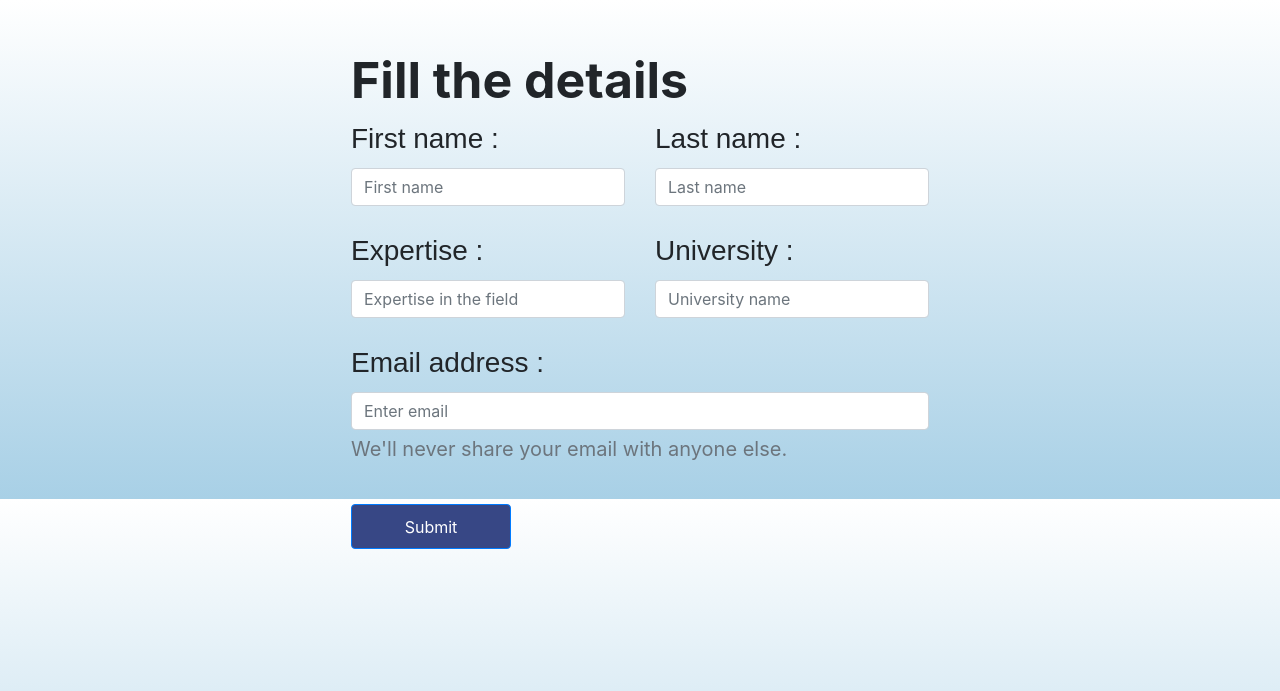
Repository: Sanskriti002/collaborate
Page: form.html
The author's editor kept a copy of each file at every save. The page is drawn from the files as they stood at one save, then again after a run of saves.
The browser window is 1280 px wide. The pictures show the whole page.

Above is the page before, as saved 2023-09-21 21:53:33.

### form.html
<!DOCTYPE html>
<html lang="en">
<head>
    <meta charset="UTF-8">
    <meta name="viewport" content="width=device-width, initial-scale=1.0">
    <meta http-equiv="X-UA-Compatible" content="ie=edge">
    <link rel="stylesheet" href="https://stackpath.bootstrapcdn.com/bootstrap/4.1.1/css/bootstrap.min.css" integrity="sha384-WskhaSGFgHYWDcbwN70/dfYBj47jz9qbsMId/iRN3ewGhXQFZCSftd1LZCfmhktB"
        crossorigin="anonymous">
        <link href="form.css" rel="stylesheet">
    <title>Fill up the form</title>
</head>
<body>
    <form>
        <h3>Fill the details</h3>
        <div class="row">
          <div class="col">
            <label>First name :</label>
            <input type="text" class="form-control" placeholder="First name">
          </div>
          <div class="col">
            <label>Last name :</label>
            <input type="text" class="form-control" placeholder="Last name">
          </div>
        </div>
        <br>
        <div class="row">
            <div class="col">
              <label>Expertise :</label>
              <input type="text" class="form-control" placeholder="Expertise in the field">
            </div>
            <div class="col">
              <label>University :</label>
              <input type="text" class="form-control" placeholder="University name">
            </div>
          </div>
        <br>
        <div class="form-group">
            <label for="exampleInputEmail1">Email address :</label>
            <input type="email" class="form-control" id="exampleInputEmail1" aria-describedby="emailHelp" placeholder="Enter email">
            <small id="emailHelp" class="form-text text-muted">We'll never share your email with anyone else.</small>
          </div>


          <br>
          <button type="submit" id="btn" class="btn btn-primary" onclick="alert('Submitted')">Submit</button>
      </form>



</body>
</html>

### form.css
body{
    background-image:linear-gradient(white,#a8d0e6);

     justify-content: center;
    align-items: center;
    /* box-sizing: border-box; */

}

form{
     display: inline-block;
     position: relative;
     left: 50%;
    transform: translateX(-50%);;
     top: 50px;

    }
    input{
        width:100%;
        height: 50%;
        border: 1px solid lightgray;
        border-radius: 6px;
        outline: none;
        padding: 0 15px;
        font-size: 20px;
        transition: all 0.3s ease;

 }

 label{
    font-size: 28px;
    font-weight: 400;
    font-family: 'Nunito',sans-serif;
 }
 h3{
    font-size:50px;
    font-weight: bold;
 }
 #emailHelp{
    font-size: 20px;
    color: black;
 }
 #btn{
    width:160px;
    height:45px;
    cursor:pointer;
    background-color:#374785;
 }

After the next 2 saves:
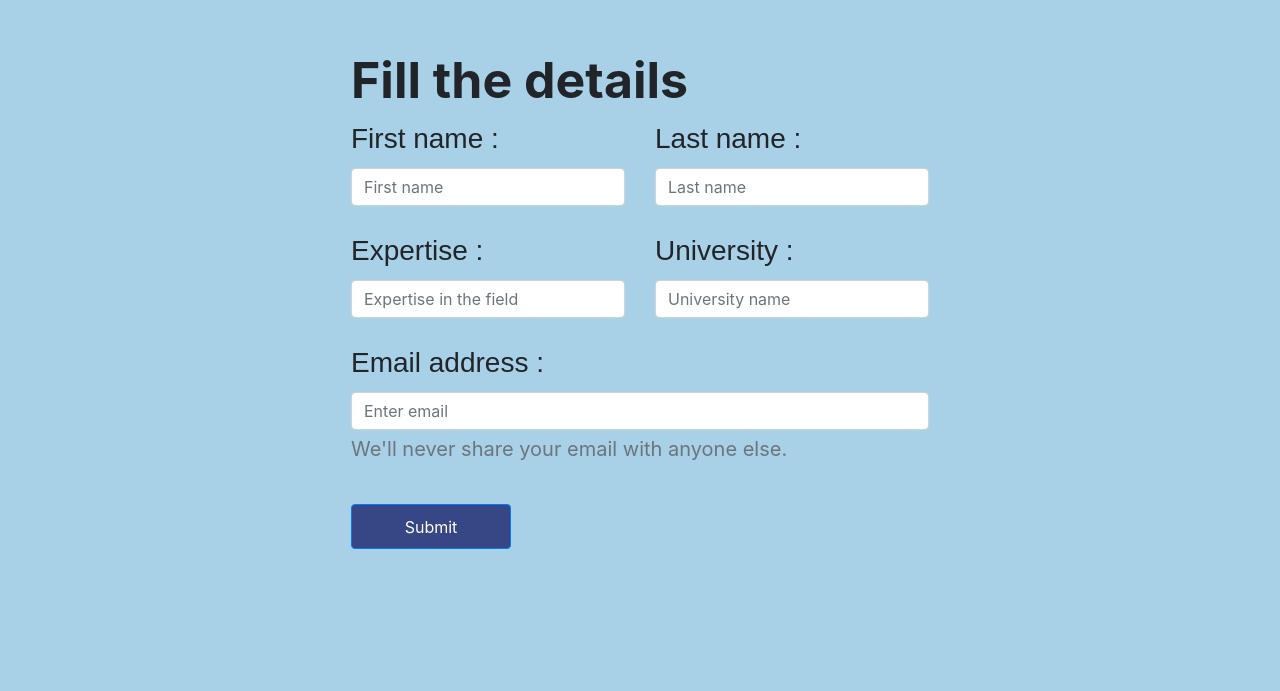
The 2 saves are shown as one change because they came seconds apart.
The last was saved 112 s later.
--- a/form.css
+++ b/form.css
@@ -1,9 +1,9 @@
 body{
-    background-image:linear-gradient(white,#a8d0e6);
-
+    background-color: #a8d0e6;
+    padding:0;
      justify-content: center;
     align-items: center;
-    /* box-sizing: border-box; */
+    box-sizing: border-box;
 
 }
 
